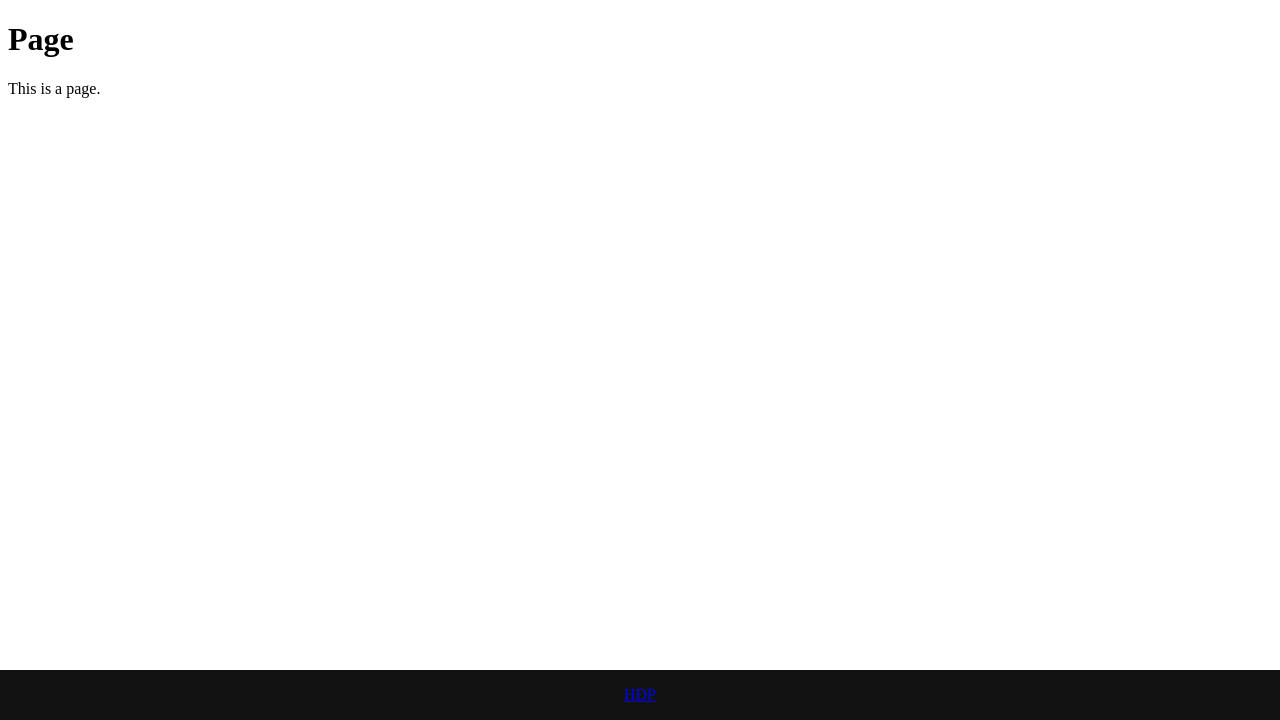
Repository: NubbDev/anime-frontend
Page: /
The author's editor kept a copy of each file at every save. The page is drawn from the files as they stood at one save, then again after the next save.
The browser window is 1280 px wide. The pictures show the whole page.
The project was rebuilt for these pictures with package versions that can differ from the ones it lists, and the page was loaded fresh each time. The framework's server and built-in components were replaced by stand-ins that run in the browser. Also part of the build but not shown: svelte.config.js, vite.config.js.

Above is the page before, as saved 2024-08-08 00:11:14.

After the next save:
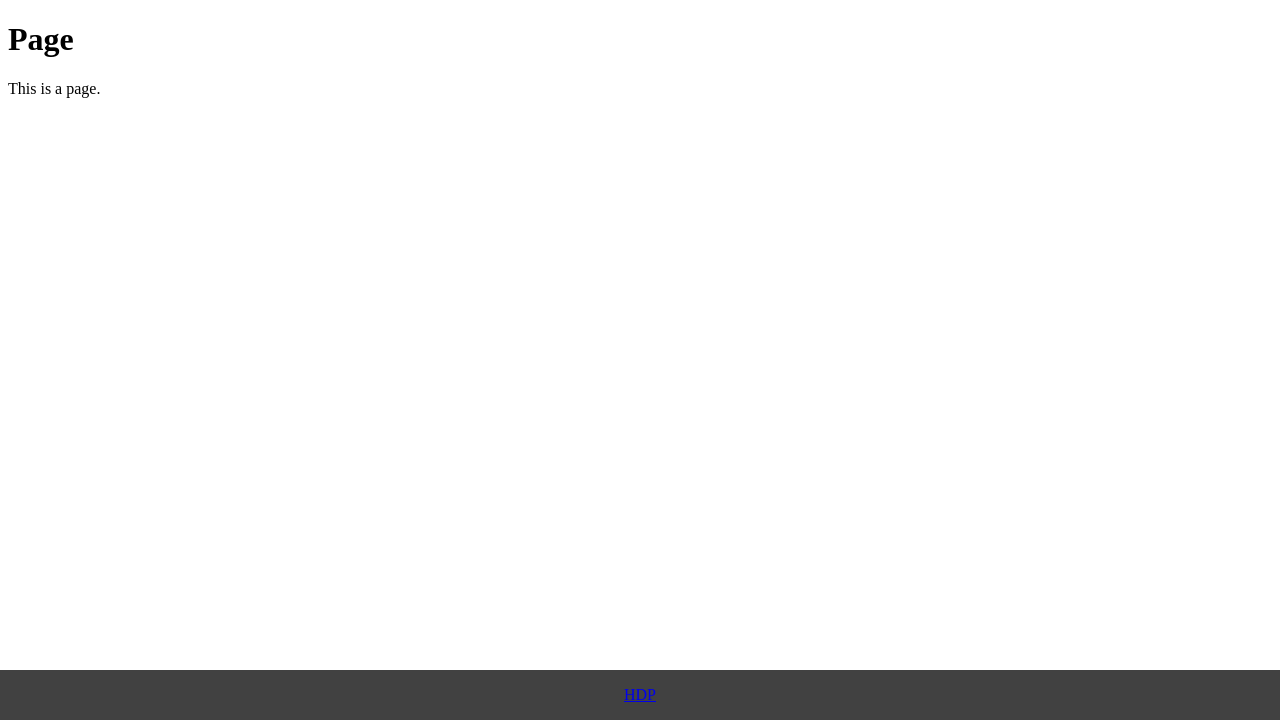
Saved 45 s later.
--- a/src/routes/+page.svelte
+++ b/src/routes/+page.svelte
@@ -24,7 +24,7 @@
     left: 0;
     margin: 0;
     width: 100vw;
-    background-color: var(--background);
+    background-color: rgba(18, 18, 18, 0.8);
     backdrop-filter: 16;
   }
 
